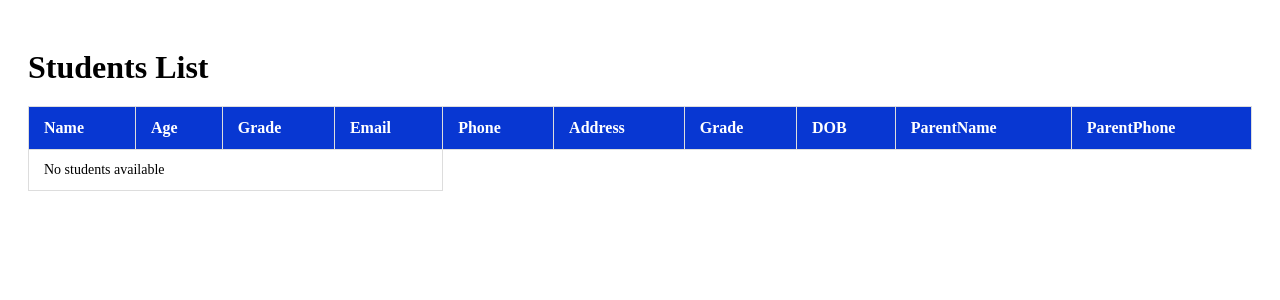
Repository: sharmisthak16/Student-Assignment
Page: /students (app in my-project/)
An editor plug-in stored every save of this project. The page is shown before and after a run of saves, followed by the edit.
The browser window is 1280 px wide. The pictures show the whole page.
The page's requests for data from a server got no answer. The project was rebuilt for these pictures with package versions that can differ from the ones it lists, and the page was loaded fresh each time. No one was signed in, and anything a server would have sent is missing. Also part of the build but not shown: my-project/vite.config.js, my-project/src/components/LoginForm.css, my-project/src/components/LoginForm.jsx, my-project/src/components/Dashboard.css, my-project/src/components/Dashboard.jsx, my-project/src/components/HomeButtons.css, my-project/src/components/HomeButtons.jsx, my-project/src/Pages/Home.jsx and 4 more.

Above is the page before, as saved 2025-01-31 04:25:30.

### my-project/index.html
<!doctype html>
<html lang="en">
  <head>
    <meta charset="UTF-8" />

    <meta name="viewport" content="width=device-width, initial-scale=1.0" />
    <title>Assignment</title>
  </head>
  <body>
    <div id="root"></div>
    <script type="module" src="/src/main.jsx"></script>
  </body>
</html>

### my-project/src/App.jsx
import React from 'react';
import { BrowserRouter as Router, Route, Routes } from 'react-router-dom'; // Use Routes instead of Switch
import LoginForm from './components/LoginForm';
import Dashboard from './components/Dashboard'; // Create this component for the dashboard page
import Home from './Pages/Home';
import StudentTable from './components/StudentTable';
import AddStudentModal from './components/AddStudentModal'
import StudentsPage from './components/StudentPage';

function App() {
  return (
    <Router>
      <Routes>
      <Route path='/' element={<Home/>} />
        <Route path="/LoginForm" element={<LoginForm />} /> {/* Use element instead of component */}
        <Route path="/dashboard" element={<Dashboard />} /> {/* Use element instead of component */}
       <Route path="/StudentTable" element={<StudentTable />}  />
       <Route path="/AddStudentModal" element={<AddStudentModal/>}  />
       <Route path='/students' element={< StudentsPage/>}/>
      </Routes>
    </Router>
  );
}

export default App;

### my-project/src/components/StudentPage.jsx
import React, { useEffect, useState } from 'react';
import { db, collection, getDocs } from './firebase'; // Assuming you're using Firestore
import './StudentPage.css';

const StudentPage = () => {
  const [students, setStudents] = useState([]);
  const [loading, setLoading] = useState(true);

  useEffect(() => {
    const fetchStudents = async () => {
      try {
        const querySnapshot = await getDocs(collection(db, "students"));
        const studentsData = querySnapshot.docs.map(doc => ({
          id: doc.id,
          ...doc.data(),
        }));
        setStudents(studentsData);
      } catch (error) {
        console.error("Error fetching students:", error);
      } finally {
        setLoading(false);
      }
    };

    fetchStudents();
  }, []);

  return (
    <div className="students-page">
      <h1>Students List</h1>
      {loading ? (
        <p>Loading...</p>
      ) : (
        <table className="students-table">
          <thead>
            <tr>
              <th>Name</th>
              <th>Age</th>
              <th>Grade</th>
              <th>Email</th>
              <th>Phone</th>
              <th>Address</th>
              <th>Grade</th>
              <th>DOB</th>
              <th>ParentName</th>
              <th>ParentPhone</th>
            </tr>
          </thead>
          <tbody>
            {students.length > 0 ? (
              students.map(student => (
                <tr key={student.id}>
                  <td>{student.name}</td>
                  <td>{student.age}</td>
                  <td>{student.grade}</td>
                  <td>{student.email}</td>
                  <td>{student.phone}</td>
                  <td>{student.address}</td>
                  <td>{student.grade}</td>
                  <td>{student.dob}</td>
                  <td>{student.parentName}</td>
                  <td>{student.parentPhone}</td>
                </tr>
              ))
            ) : (
              <tr>
                <td colSpan="4">No students available</td>
              </tr>
            )}
          </tbody>
        </table>
      )}
    </div>
  );
};

export default StudentPage;

### my-project/src/components/firebase.js
import { initializeApp } from "firebase/app";
import { getAuth, createUserWithEmailAndPassword, signInWithEmailAndPassword } from "firebase/auth";
import { getFirestore, collection, addDoc, getDocs } from "firebase/firestore"; // Import getDocs

const firebaseConfig = {
  apiKey: "AIzaSyBbJ0LWJOG7xecQUhc7-0NGPvu33pYSSAg",
  authDomain: "assignment-f6a48.firebaseapp.com",
  projectId: "assignment-f6a48",
  storageBucket: "assignment-f6a48.appspot.com",
  messagingSenderId: "801572322432",
  appId: "1:801572322432:web:b56f932b3f50b6140f7a65",
  measurementId: "G-SBG6GTP1V2"
};

const app = initializeApp(firebaseConfig);
const auth = getAuth(app);
const db = getFirestore(app); // Firestore instance

// Export the methods you're using
export { auth, db, createUserWithEmailAndPassword, signInWithEmailAndPassword, addDoc, collection, getDocs };

### my-project/src/components/StudentPage.css
/* Students Page Styling */
.students-page {
    padding: 20px;
  }

  .students-page h1 {
    font-size: 32px;
    margin-bottom: 20px;
  }

  .students-table {
    width: 100%;
    border-collapse: collapse;
    margin-top: 20px;
  }

  .students-table th, .students-table td {
    padding: 12px 15px;
    text-align: left;
    border: 1px solid #ddd;
  }

  .students-table th {
    background-color: #0837d2;
    color: white;
  }

  .students-table tr:nth-child(even) {
    background-color: #f9f9f9;
  }

  .students-table tr:hover {
    background-color: #f1f1f1;
  }

  .students-table td {
    font-size: 14px;
  }

Loaded but not shown: my-project/src/main.jsx (common file); my-project/src/index.css (common file)

After the next 4 saves:
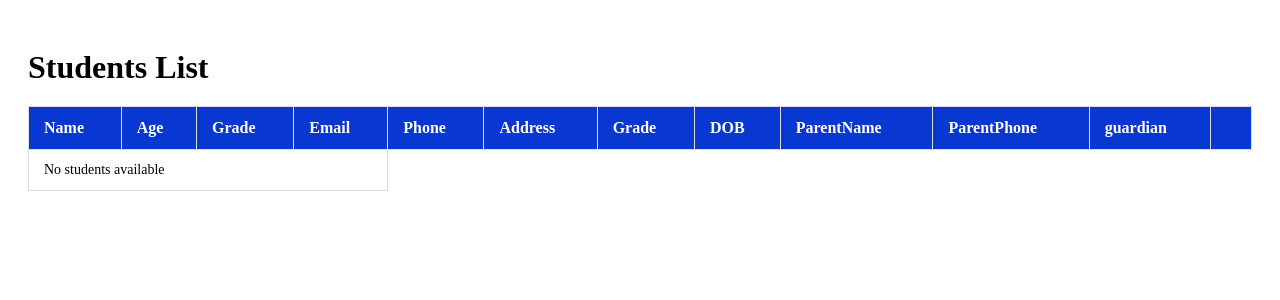
The 4 saves are shown as one change because they came seconds apart.
The last was saved 23 s later.
--- a/my-project/src/components/StudentPage.jsx
+++ b/my-project/src/components/StudentPage.jsx
@@ -44,6 +44,8 @@ const StudentPage = () => {
               <th>DOB</th>
               <th>ParentName</th>
               <th>ParentPhone</th>
+              <th>guardian</th>
+              <th></th>
             </tr>
           </thead>
           <tbody>
